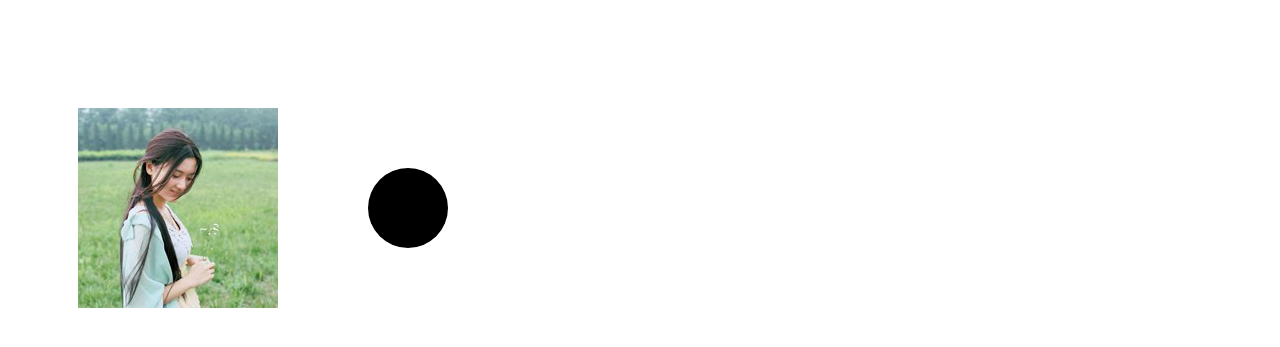
Repository: BlueLionycb/study-demo
Page: canvas-demo/src/index16.html
An editor plug-in stored every save of this project. The page is shown before and after the next save, followed by the edit.
The browser window is 1280 px wide. The pictures show the whole page.

Above is the page before, as saved 2020-01-26 23:27:37.

### canvas-demo/src/index16.html
<!DOCTYPE html>
<html lang="en">
    <head>
        <meta charset="UTF-8">
        <meta name="viewport" content="width=device-width, initial-scale=1.0">
        <meta http-equiv="X-UA-Compatible" content="ie=edge">
        <title>头像切圆</title>
    </head>
    <body>
        <canvas id="myCanvas" height="600" width="600">

        </canvas>

        <script>
        function draw(){
            let canvas=document.getElementById("myCanvas") //画布
            let ctx=canvas.getContext("2d"); //上下文，画笔

            let img= new Image()
            img.src = './img/touxiang.png'

            img.onload = function(){
                ctx.beginPath();
                ctx.arc(400,200,40,0,Math.PI*2)
                ctx.fill()
                ctx.drawImage(this,70,100)
            }
        }

        draw();

    </script>
    </body>
</html>

After the next save:
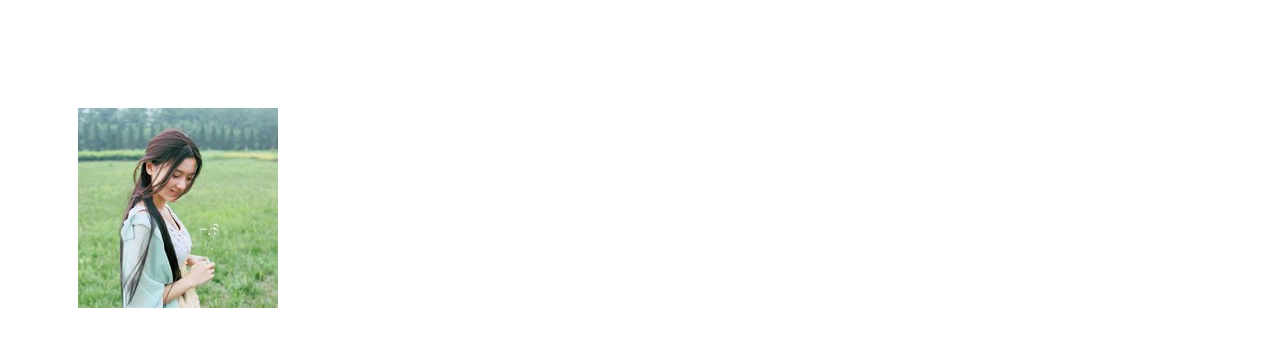
Saved 6 s later.
--- a/canvas-demo/src/index16.html
+++ b/canvas-demo/src/index16.html
@@ -21,7 +21,7 @@
 
             img.onload = function(){
                 ctx.beginPath();
-                ctx.arc(400,200,40,0,Math.PI*2)
+                ctx.arc(200,200,40,0,Math.PI*2)
                 ctx.fill()
                 ctx.drawImage(this,70,100)
             }
